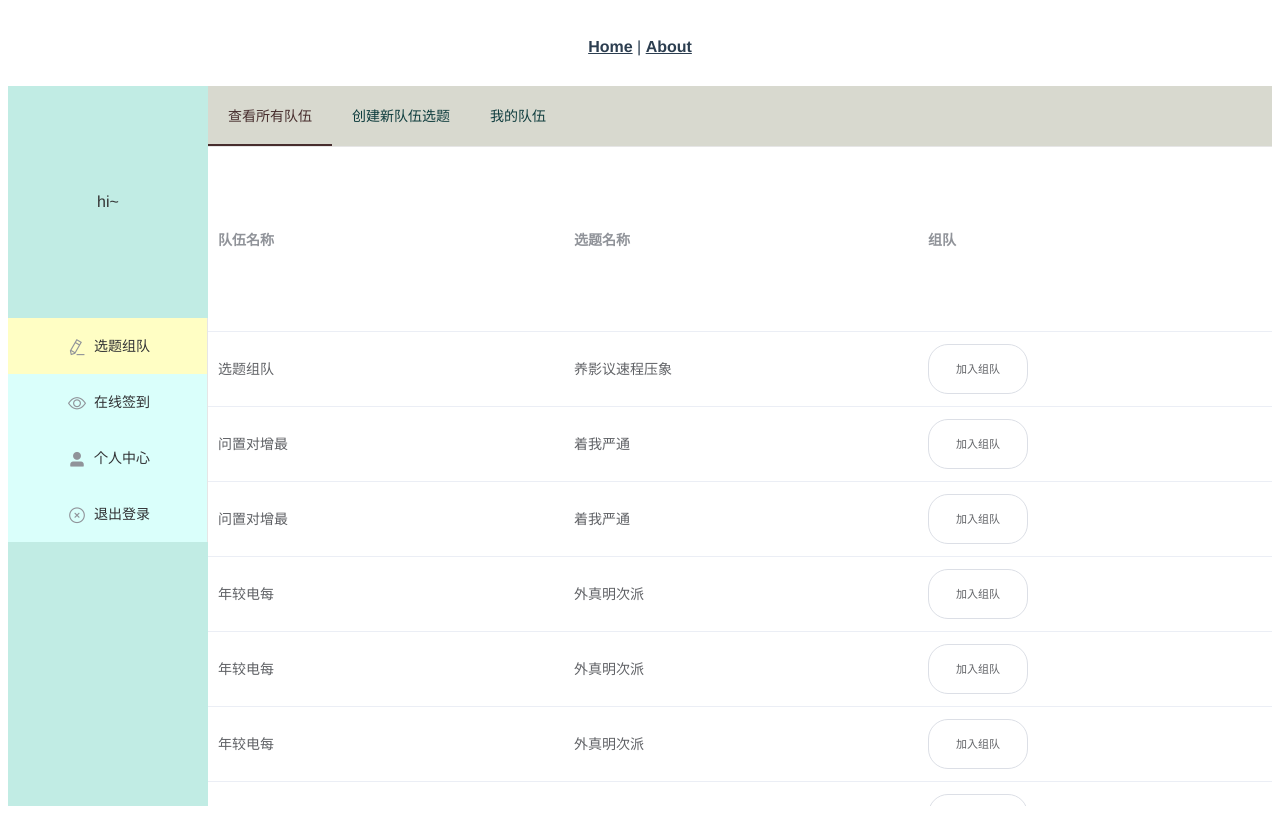
Repository: HiKzcode/Topic-selection-management-system
Page: /student
The author's editor kept a copy of each file at every save. The page is drawn from the files as they stood at one save, then again after the next save.
The browser window is 1280 px wide. The pictures show the whole page.
An inner scrolling area shows only its first screen. The project was rebuilt for these pictures with package versions that can differ from the ones it lists, and the page was loaded fresh each time. Also part of the build but not shown: vue.config.js, src/views/Login.vue, src/components/Personal.vue, src/components/SearchComponent.vue, src/components/Logout.vue, src/views/student/Attendace.vue.

Above is the page before, as saved 2023-07-04 00:49:14.

### src/main.js
import Vue from 'vue'
import App from './App.vue'
import router from './router'
import axios from 'axios'
import ElementUI from 'element-ui';
import 'element-ui/lib/theme-chalk/index.css';

Vue.use(ElementUI);
Vue.config.productionTip = false
// Set Axios as a global property in Vue
Vue.prototype.$axios = axios;
new Vue({
  router,
  render: h => h(App)
}).$mount('#app')

### src/router/index.js
import Vue from 'vue'
import VueRouter from 'vue-router'
import Login from '../views/Login.vue'

Vue.use(VueRouter)

const routes = [
  {
    path: '/',
    name: 'Login',
    component: Login
  },
  {
    path: '/teacherview',
    name: 'teacherview',
    // route level code-splitting
    // this generates a separate chunk (about.[hash].js) for this route
    // which is lazy-loaded when the route is visited.
    component: () => import(/* webpackChunkName: "about" */ '../views/TeacherView.vue')
  },
  {
    path: '/student',
    name: '/student',
    // route level code-splitting
    // this generates a separate chunk (about.[hash].js) for this route
    // which is lazy-loaded when the route is visited.
    component: () => import('../views/Student.vue')
  }
]

const router = new VueRouter({
  mode: 'history',
  base: process.env.BASE_URL,
  routes
})

export default router

### src/views/Student.vue
<template>
  <div class="about">
    <Layout>
      <template v-slot:aside>
        <el-aside width="200px">
          <!-- 这里是插入到名为 "aside" 的插槽的内容 -->
          <!-- 可以放置导航栏组件或者其他元素 -->
          <p>hi~</p>
          <el-menu class="custom-menu"  @select="handleMenuSelect">
           <el-menu-item index="1" :class="{ 'active': selectedMenu === '1' }">
            <i class="el-icon-edit"></i>选题组队
            </el-menu-item>
           <el-menu-item index="2" :class="{ 'active': selectedMenu === '2' }"><i class="el-icon-view" ></i>在线签到</el-menu-item>
           <el-menu-item index="3" :class="{ 'active': selectedMenu === '3' }" ><i class="el-icon-user-solid"></i>个人中心</el-menu-item>
           <el-menu-item index="4" :class="{ 'active': selectedMenu === '4' }" @click="handleLogout" ><i class="el-icon-circle-close"></i>退出登录</el-menu-item>
          </el-menu>
        </el-aside>
      </template>
      <template v-slot:main>
        <el-main>
          <!-- 这里是插入到名为 "main" 的插槽的内容 -->
          <!-- 可以根据菜单项的索引或标识符判断展示不同的数据 -->
          <div v-if="selectedMenu === '1'">
             <Team></Team>
          </div>
          <div v-else-if="selectedMenu === '2'">
            <!-- 打卡页面 -->
            <Attendace></Attendace>
          </div>
          <div v-else-if="selectedMenu === '3'">
            <!-- 显示个人中心的数据 -->
            <Personal></Personal>
          </div>
          <div v-else-if="selectedMenu === '4'">
            <!-- 显示退出登录的数据 -->
          </div>
        </el-main>
      </template>
    </Layout>
  </div>
</template>

<script>
import Layout from "../components/Layout.vue";
import Personal from "../components/Personal.vue";
import Team from "./student/Team.vue";
import SearchComponent from "../components/SearchComponent.vue";
import Logout from "../components/Logout.vue";
import Attendace from "./student/Attendace.vue";

export default {
  name: "Student",
  components: {
    Layout,
    Personal,
    Team,
    SearchComponent,
    Logout,
    Attendace
  },
  data() {
    return {
      dialogVisible: false, // 弹窗是否可见
      selectedMenu: "1", // 当前选中的菜单项
      questions: [], // 存储生成的题目
      questionName: '',//用于动态获取输入框里的内容
      questionDescription: '',
      questionId:'',
      searchResults: [],//搜索结果列表
      showSearchResults: false ,// 是否展示搜索结果
      hasSearchResults: false
    };
  },
  methods: {
    handleLogout() {
      // 向后端发送请求注销用户
      /*this.$axios
        .post('/api/logout', null, {
          headers: {
            headers:{
              'token':localStorage.getItem("token")
            }
          }
        })
        .then(() => {
          // 注销成功，清除本地存储的令牌信息
          localStorage.removeItem('token');

          // 导航到登录页
          this.$router.push('/login');
        })
        .catch(error => {
          console.error('注销用户时出错', error);
        });*/
        this.$router.push('/');
    },
    handleSearch(results) {
      if (results.length > 0) {
       this.searchResults = results;
       this.showSearchResults = true;
       } else {

       this.showSearchResults = false;
        }
       },

    handleMenuSelect(index) {
      this.selectedMenu = index;
    },
    showCreateQuestionDialog() {
      // 显示弹窗
      this.dialogVisible = true;
    },
    handleDialogClose() {
      // 弹窗关闭时重置输入的内容
      this.questionName = '';
      this.questionDescription = '';
    },
    handleDialogCancel() {
      // 取消按钮点击事件
      this.dialogVisible = false;
    },
    handleDialogConfirm() {
      // 确认按钮点击事件
      // 执行相应的逻辑，例如传递信息
      const questionName = this.questionName;
      const questionDescription = this.questionDescription;
      // 发送网络请求
     /* this.$axios({
           method:'post',
           url:'api//question',
           data:{
            questionName:this. questionName,
            questionDescription:this.questionDescription
           }
           }).then(res=>{
             if(res.data.code==0){
             alert("创建成功")
             this.questionId:res.data.data.questionId
            //在这里要获得后端返回的类型，如果是老师就跳转到老师，如果是学生就跳转到学生
          }
         }).catch(err=>{
            console.log(err)
         })*/
      //扩充题目组件
      const question = {
       questionName: this.questionName,
       questionId: this.questionId

     };

     this.questions.push(question);
      //关闭弹窗
      this.dialogVisible = false;
      //重置输入的内容
      this.questionName = '';
      this.questionDescription = '';
    },
    deleteQuestion(index) {
      this.questions.splice(index, 1);
    },
  }
};
</script>

<style>
.cs {
  display: flex;
  height: 100px;
}

.left {
  flex: 1;
  display: flex;
  justify-content: flex-start;
  align-items: center;
}

.right {
  flex: none;
  display: flex;
  justify-content: flex-end;
  align-items: center;
}


.el-button {
  height: 50px;
  width: 100px;
}
.about {
  height: 100%;
  width: 100%;
}.el-menu-item.active {
  background-color: red; /* 设置选中菜单项的背景颜色为红色 */
}.el-menu-item.active {
  background-color: red; /* 设置选中菜单项的背景颜色为红色 */
}
.custom-menu {
  background-color: #DAFFFB; /* 自定义菜单的背景颜色 */
}
.el-menu-item.active {
  background-color: #FFFEC4; /* 设置选中菜单项的背景颜色为红色 */
}
.el-menu-item:hover {
  background-color: #EAB2A0; /* 自定义悬停时的背景颜色 */
}
.el-main {
  padding: 0;
  margin: 0;
}
.el-form-item {
  width:600px;
  height: 100px;
}
form.el-form {
    width: 600px;
    height: auto;
  }
  .el-dialog__header {
    height: 60px; /* 修改为你想要的高度值 */
  }
</style>

### src/components/Layout.vue
<template>
  <el-container style="height: 100vh;">
    <el-aside width="200px">
       <slot name="aside">
       </slot>
    </el-aside>
    <el-container>
      <el-main>
        <slot name="main">

        </slot>
      </el-main>
    </el-container>
  </el-container>
</template>

<script>
export default {
  name: 'Layout'
}
</script>

<style scoped>
.el-header, .el-footer {
  background-color: #B3C0D1;
  color: #333;
  text-align: center;
  line-height: 60px;
}

.el-aside {
  background-color: #C1ECE4;
  color: #333;
  text-align: center;
  line-height: 200px;
}

.el-main {
  background-color: #E9EEF3;
  color: #333;
  text-align: center;
  line-height: 160px;
}

body > .el-container {
  margin-bottom: 40px;
  height: 100vh;
}

.el-container:nth-child(5) .el-aside,
.el-container:nth-child(6) .el-aside {
  line-height: 260px;
}

.el-container:nth-child(7) .el-aside {
  line-height: 320px;
}
</style>

### src/views/student/Team.vue
<template>
  <div>
	  <!--头部菜单-->
    <el-menu
      :default-active="activeIndex2"
      class="el-menu-demo"
      mode="horizontal"
      @select="handleSelect"
      background-color="#D8D9CF"
      text-color="#0F3D3E"
      active-text-color="#472D2D"
    >
      <el-menu-item index="1" @click="showTeams">查看所有队伍</el-menu-item>
      <el-menu-item index="2" @click="showCreateTeam">创建新队伍选题</el-menu-item>
			<el-menu-item index="3" @click="showTeam">我的队伍</el-menu-item>
    </el-menu>
		<!--加入队伍的页面-->
    <div v-if="currentView === 'teams'">
			<!--加入队伍的弹窗-->
		<el-dialog
     title="Team Result"
     :visible.sync="showSuccessDialog"
     width="40%"
    :before-close="handleClose">
     <span>{{ Tmessage }}</span>
     <span slot="footer" class="dialog-footer">
     <el-button @click="showSuccessDialog = false">取 消</el-button>
     <el-button type="primary" @click="showSuccessDialog = false">确 定</el-button>
     </span>
    </el-dialog>
		 <!--所有队伍列表-->
      <el-table :data="teams" style="width: 100%" row-height="60px">
        <el-table-column prop="teamName" label="队伍名称" style="height: 50px;"></el-table-column>
        <el-table-column prop="questionName" label="选题名称" class="custom-column"></el-table-column>
        <el-table-column label="组队">
          <template slot-scope="scope">
            <el-button round @click="joinTeam(scope.row.teamId)">加入组队</el-button>
           <!--<el-button round @click="viewTeamDocument(scope.row.teamId)">查看文档</el-button>-->
            <!--<el-button round @click="downloadFile(scope.row.filePath)">下载文件</el-button>-->
          </template>
        </el-table-column>
      </el-table>
    </div>

    <div v-else-if="currentView === 'createTeam'">
      <!-- 在这里放置创建队伍选题的相关内容 -->
        <div class="createc">
					<div class="create-box" >
						<div style="height: 50px;" class="ctext">创建我的队伍</div>
						<el-form ref="form" label-width="80px" size="mini" style="width: 397px; background-color: aliceblue; border-color:aliceblue ;">
             <el-form-item label="团队名称" style="width: 300px; height: 70px;">
             <el-input v-model="cForm.teamName"></el-input>
            </el-form-item>
            <el-form-item label="题目选择" style="height: 70px;">
            <el-select v-model="cForm.questionName" placeholder="请选择题目"  style="margin-right: 400px;width: 220px; ">
              <el-option
                v-for="question in questionlist"
                 :key="question.questionId"
                 :label="question.questionName"
                 :value="question.questionName"
               ></el-option>
            </el-select>
        </el-form-item>
       <el-form-item size="large">
        <el-button type="primary" @click="onSubmit">立即创建</el-button>
      </el-form-item>
     </el-form>
					</div>

		   </div>
    </div>
		<div v-else-if="currentView === 'showTeam'">
		   我的团队
			 <el-table v-if="myteam.length > 0" :data="myteam" style="width: 100%" row-height="60px">
        <el-table-column prop="teamName" label="队伍名称" style="height: 50px;"></el-table-column>
        <el-table-column prop="questionName" label="选题名称" class="custom-column"></el-table-column>
        <el-table-column label="组队">
          <template slot-scope="scope">
            <el-button round @click="viewTeamDocument(scope.row.teamId)">查看文档</el-button>
            <el-button round @click="downloadFile(scope.row.filePath)">下载文件</el-button>
          </template>
        </el-table-column>
      </el-table>
			<p v-else>你还未组队</p>
		</div>
  </div>
</template>
<script>
export default {
  data() {
    return {
      activeIndex2: '1', // 默认选中的菜单项索引
      currentView: 'teams', // 当前显示的内容，可选值为 'teams' 和 'createTeam'
      teams: [{
			"questionId": "1",
			"questionName": "养影议速程压象",
			"state": 0,
			"teamId": "1",
			"teamName": "选题组队"
		},
		{
			"filePath": "D:/xt/file11111",
			"questionId": "11",
			"questionName": "着我严通",
			"state": 0,
			"teamId": "9",
			"teamName": "问置对增最"
		},
		{
			"filePath": "D:/xt/file11111",
			"questionId": "7657938590491685000",
			"questionName": "着我严通",
			"state": 0,
			"teamId": "10",
			"teamName": "问置对增最"
		},
		{
			"filePath": "D:/xt/file/11111",
			"questionId": "3817617017305497600",
			"questionName": "外真明次派",
			"state": 0,
			"teamId": "11",
			"teamName": "年较电每"
		},
		{
			"filePath": "D:/xt/file/年较电每",
			"questionId": "3817617017305497600",
			"questionName": "外真明次派",
			"state": 0,
			"teamId": "13",
			"teamName": "年较电每"
		},
		{
			"filePath": "D:/xt/file/年较电每",
			"questionId": "3817617017305497600",
			"questionName": "外真明次派",
			"state": 0,
			"teamId": "14",
			"teamName": "年较电每"
		},
		{
			"filePath": "D:/xt/file/才象前张义元",
			"questionId": "-3942554567855505400",
			"questionName": "整志技样圆会身",
			"state": 0,
			"teamId": "15",
			"teamName": "才象前张义元"
		  }], // 队伍数据
		  questionlist:[
		{
			"questionDescription": "ea Duis cupidatat",
			"questionId": "1",
			"questionName": "养影议速程压象",
			"teacherId": "5835610719323599000",
			"teacherName": "5835610719323599000"
		},
		{
			"filePath": "2word.docx",
			"questionDescription": "ea Duis cupidatat",
			"questionId": "2",
			"questionName": "养影议速程压象",
			"teacherId": "5835610719323599000",
			"teacherName": "5835610719323599000"
		},
		{
			"questionDescription": "ea Duis cupidatat",
			"questionId": "3",
			"questionName": "养影议速程压象",
			"teacherId": "11111",
			"teacherName": "11111"
		},
		{
			"questionDescription": "ea Duis cupidatat",
			"questionId": "4",
			"questionName": "养影议速程压象",
			"teacherId": "11111",
			"teacherName": "11111"
		},
		{
			"questionDescription": "esse eu enim",
			"questionId": "5",
			"questionName": "量你头被分容",
			"teacherId": "11111",
			"teacherName": "11111"
		},
		{
			"filePath": "64.png",
			"questionDescription": "ea Duis cupidatat",
			"questionId": "6",
			"questionName": "养影议速程压象",
			"teacherId": "11111",
			"teacherName": "11111"
		},
		{
			"questionDescription": "ea Duis cupidatat",
			"questionId": "7",
			"questionName": "养影议速程压象",
			"teacherId": "11111",
			"teacherName": "11111"
		},
		{
			"questionDescription": "ea Duis cupidatat",
			"questionId": "8",
			"questionName": "养影议速程压象",
			"teacherId": "11111",
			"teacherName": "11111"
		},
		{
			"questionDescription": "ea Duis cupidatat",
			"questionId": "9",
			"questionName": "养影议速程压象",
			"teacherId": "11111",
			"teacherName": "11111"
		},
		{
			"questionDescription": "ea Duis cupidatat",
			"questionId": "10",
			"questionName": "养影议速程压象",
			"teacherId": "11111",
			"teacherName": "11111"
		},
		{
			"questionDescription": "ea Duis cupidatat",
			"questionId": "11",
			"questionName": "养影议速程压象",
			"teacherId": "11111",
			"teacherName": "11111"
		},
		{
			"filePath": "124.png",
			"questionDescription": "ea Duis cupidatat",
			"questionId": "12",
			"questionName": "养影议速程压象",
			"teacherId": "11111",
			"teacherName": "11111"
		},
		{
			"filePath": "12p2.jpg",
			"questionDescription": "ea Duis cupidatat",
			"questionId": "13",
			"questionName": "养影议速程压象",
			"teacherId": "11111",
			"teacherName": "11111"
		},
		{
			"filePath": "14p2.jpg",
			"questionDescription": "ea Duis cupidatat",
			"questionId": "14",
			"questionName": "养影议速程压象",
			"teacherId": "11111",
			"teacherName": "11111"
		},
		{
			"questionDescription": "ea Duis cupidatat",
			"questionId": "15",
			"questionName": "养影议速程压象",
			"teacherId": "11111",
			"teacherName": "11111"
		},
		{
			"questionDescription": "ea Duis cupidatat",
			"questionId": "16",
			"questionName": "养影议速程压象",
			"teacherId": "11111",
			"teacherName": "11111"
		},
		{
			"questionDescription": "ea Duis cupidatat",
			"questionId": "17",
			"questionName": "养影议速程压象",
			"teacherId": "11111",
			"teacherName": "11111"
		},
		{
			"filePath": "18p3.jpg",
			"questionDescription": "ea Duis cupidatat",
			"questionId": "18",
			"questionName": "养影议速程压象",
			"teacherId": "11111",
			"teacherName": "11111"
		},
		{
			"questionDescription": "ea Duis cupidatat",
			"questionId": "19",
			"questionName": "养影议速程压象",
			"teacherId": "11111",
			"teacherName": "11111"
		},
		{
			"questionDescription": "ea Duis cupidatat",
			"questionId": "20",
			"questionName": "养影议速程压象",
			"teacherId": "11111",
			"teacherName": "11111"
		},
		{
			"questionDescription": "ea Duis cupidatat",
			"questionId": "21",
			"questionName": "养影议速程压象",
			"teacherId": "11111",
			"teacherName": "11111"
		},
		{
			"questionDescription": "ea Duis cupidatat",
			"questionId": "22",
			"questionName": "养影议速程压象",
			"teacherId": "11111",
			"teacherName": "11111"
		},
		{
			"questionDescription": "ea Duis cupidatat",
			"questionId": "23",
			"questionName": "养影议速程压象",
			"teacherId": "11111",
			"teacherName": "11111"
		},
		{
			"questionDescription": "ea Duis cupidatat",
			"questionId": "24",
			"questionName": "养影议速程压象",
			"teacherId": "11111",
			"teacherName": "11111"
		},
		{
			"questionDescription": "ea Duis cupidatat",
			"questionId": "25",
			"questionName": "养影议速程压象",
			"teacherId": "11111",
			"teacherName": "11111"
		},
		{
			"questionDescription": "ea Duis cupidatat",
			"questionId": "26",
			"questionName": "养影议速程压象",
			"teacherId": "11111",
			"teacherName": "11111"
		},
		{
			"questionDescription": "ea Duis cupidatat",
			"questionId": "28",
			"questionName": "养影议速程压象",
			"teacherId": "11111",
			"teacherName": "11111"
		},
		{
			"questionDescription": "ea Duis cupidatat",
			"questionId": "29",
			"questionName": "养影议速程压象",
			"teacherId": "11111",
			"teacherName": "11111"
		},
		{
			"questionDescription": "ea Duis cupidatat",
			"questionId": "30",
			"questionName": "养影议速程压象",
			"teacherId": "11111",
			"teacherName": "11111"
		},
		{
			"questionDescription": "ea Duis cupidatat",
			"questionId": "31",
			"questionName": "养影议速程压象",
			"teacherId": "11111",
			"teacherName": "11111"
		},
		{
			"questionDescription": "in cupidatat magna quis",
			"questionId": "32",
			"questionName": "能导国领过",
			"teacherId": "11111",
			"teacherName": "11111"
		},
		{
			"questionDescription": "in cupidatat magna quis",
			"questionId": "33",
			"questionName": "能导国领过",
			"teacherId": "11111",
			"teacherName": "11111"
		},
		{
			"questionDescription": "cupidatat ut laboris nisi",
			"questionId": "34",
			"questionName": "加具变过处号主",
			"teacherId": "11111",
			"teacherName": "11111"
		},
		{
			"questionDescription": "cupidatat ut laboris nisi",
			"questionId": "35",
			"questionName": "加具变过处号主",
			"teacherId": "11111",
			"teacherName": "11111"
		},
		{
			"questionDescription": "cupidatat ut laboris nisi",
			"questionId": "36",
			"questionName": "加具变过处号主",
			"teacherId": "11111",
			"teacherName": "11111"
		}
		  ],
			myteam:[{
				"filePath": "D:/xt/file/年较电每",
        "questionName": "外真明次派",
        "state": 0,
        "teamName": "年较电每"
			}],
		  Tmessage:'你加入成功了',
		  showSuccessDialog: false,
		  cForm: {
			  teamName: '',
			  questionName: '',
			},
      // 其他数据...
    };

  },
	created(){
		this.getquestionlist(),
		this.getteamlist()
		this.getmyteam()
	},
  methods: {
    handleSelect(index) {
      this.activeIndex2 = index;
    },
		getquestionlist(){
			/* this.$axios({
			 method:'get',
			 url:'./api/question',
			 headers:{
           'token':localStorage.getItem("token")
          }
		 }).then(request=>{
			  this.questionlist=request.data
		 })*/
		},
		getteamlist(){
			//获得队伍列表
			/*this.$axios({
			 method:'get',
			 url:'./api/team/list',
			 headers:{
           'token':localStorage.getItem("token")
          }
		   }).then(request=>{
			  this.team=request.data
	  	 })*/
		},
		getmyteam(){
			/*this.$axios({
			 method:'get',
			 url:'./api/team/me',
			 headers:{
           'token':localStorage.getItem("token")
          }
		 }).then(request=>{
			  this.team=request.data
		 })
		 */
		},
    showTeams() {
      this.currentView = 'teams';
      // 可在此处请求并加载队伍数据
    },
    showCreateTeam() {
      this.currentView = 'createTeam';
      // 可在此处加载创建队伍选题的相关内容
    },
		showTeam(){
			this.currentView='showTeam'
		},
		//加入队伍
    joinTeam(teamId) {
      // 处理加入组队的逻辑
			/*this.$axios(get('/api/team/join'),{
				headers:{
              'token':localStorage.getItem("token")
            },
				 params:{
					teamId:teamId
				}}).then(request=>{
					 this.Tmessage=request.message
				})*/
				this.showSuccessDialog = true
			},
    viewTeamDocument(teamId) {
      // 处理查看队伍文档的逻辑
    },
    downloadFile(filePath) {
      // 处理下载文件的逻辑
    },
		//处理对话框关闭的效果
		handleClose(done) {
        this.$confirm('确认关闭？')
          .then(_ => {
            done();
          })
          .catch(_ => {});
      },
    //创建队伍的信息提交
		onSubmit() {
			 console.log(this.cForm.teamName);
			 console.log('question',this.cForm.questionName)
       /*this.$axios({
				 method:'post',
				 url:'./api/team/create',
				 headers:{
           'token':localStorage.getItem("token")
          },
				 data:{
					 teacherName:this.cForm.teamName,
					 questionName:this.cForm.questionName
				 },
			 }).then(request=>{
				   if(request.code==200){
						 alert("创建成功了")
					 }
			 })*/
      }
  },
};
</script>
<style>
.custom-column .cell {
  height: 50px;
}
.el-button{
	font-size: 11px;
	width: 60px;
	height: 80px;
}
.create-box{
	 width:400px;
	 height: 400px;
	 border: 1px solid #ccc;
	 border-radius: 30px;
	 box-shadow: 0 2px 4px rgba(0, 0, 0, .12), 0 0 6px rgba(0, 0, 0, .04);
   margin-left:32%;
	 background-color: aliceblue;
	 margin-top: 60px;
}
.ctext {
  height: 50px;
  display: flex;
  justify-content: center; /* Horizontal center alignment */
  align-items: center; /* Vertical center alignment */
}

</style>

Loaded but not shown: public/index.html (common file); src/App.vue (common file)

After the next save:
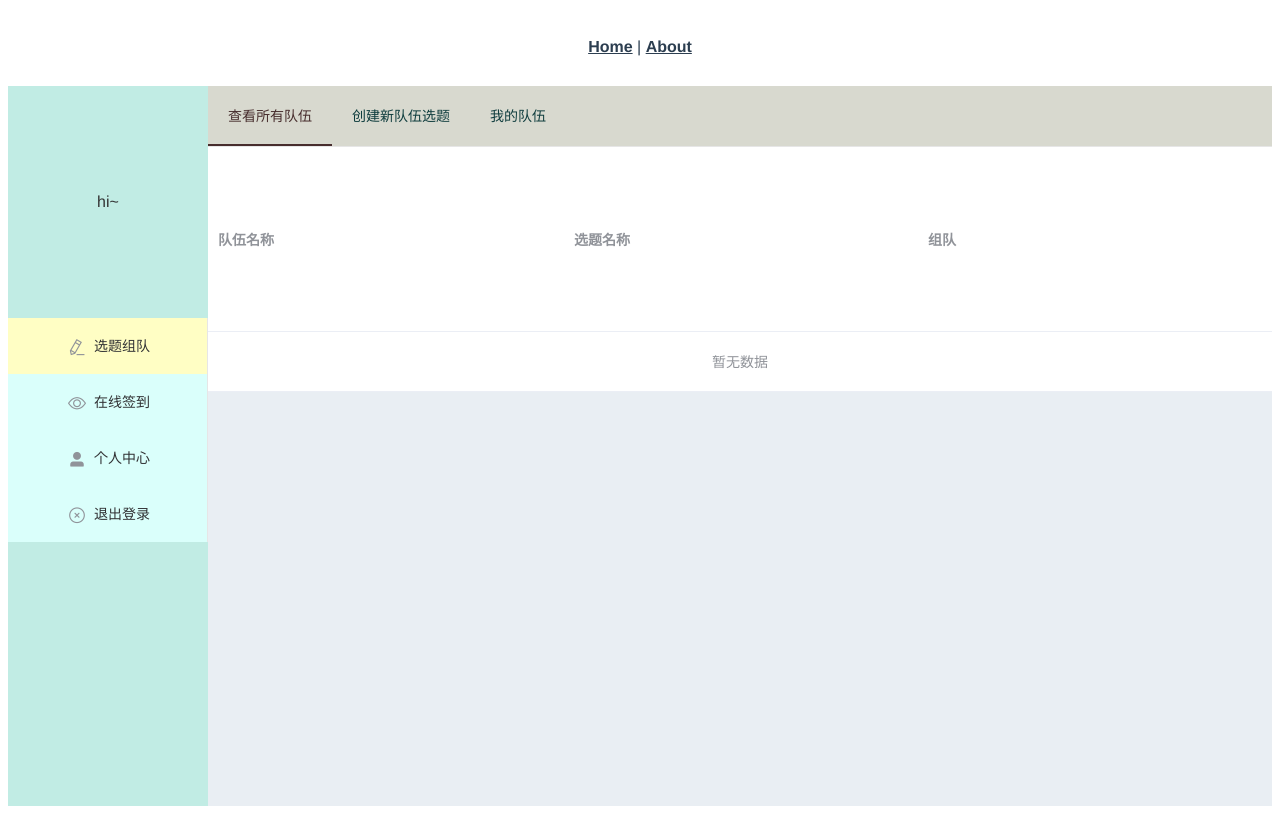
Saved 94 s later.
--- a/src/views/student/Team.vue
+++ b/src/views/student/Team.vue
@@ -91,61 +91,7 @@ export default {
     return {
       activeIndex2: '1', // 默认选中的菜单项索引
       currentView: 'teams', // 当前显示的内容，可选值为 'teams' 和 'createTeam'
-      teams: [{
-			"questionId": "1",
-			"questionName": "养影议速程压象",
-			"state": 0,
-			"teamId": "1",
-			"teamName": "选题组队"
-		},
-		{
-			"filePath": "D:/xt/file11111",
-			"questionId": "11",
-			"questionName": "着我严通",
-			"state": 0,
-			"teamId": "9",
-			"teamName": "问置对增最"
-		},
-		{
-			"filePath": "D:/xt/file11111",
-			"questionId": "7657938590491685000",
-			"questionName": "着我严通",
-			"state": 0,
-			"teamId": "10",
-			"teamName": "问置对增最"
-		},
-		{
-			"filePath": "D:/xt/file/11111",
-			"questionId": "3817617017305497600",
-			"questionName": "外真明次派",
-			"state": 0,
-			"teamId": "11",
-			"teamName": "年较电每"
-		},
-		{
-			"filePath": "D:/xt/file/年较电每",
-			"questionId": "3817617017305497600",
-			"questionName": "外真明次派",
-			"state": 0,
-			"teamId": "13",
-			"teamName": "年较电每"
-		},
-		{
-			"filePath": "D:/xt/file/年较电每",
-			"questionId": "3817617017305497600",
-			"questionName": "外真明次派",
-			"state": 0,
-			"teamId": "14",
-			"teamName": "年较电每"
-		},
-		{
-			"filePath": "D:/xt/file/才象前张义元",
-			"questionId": "-3942554567855505400",
-			"questionName": "整志技样圆会身",
-			"state": 0,
-			"teamId": "15",
-			"teamName": "才象前张义元"
-		  }], // 队伍数据
+      teams: [], // 队伍数据
 		  questionlist:[
 		{
 			"questionDescription": "ea Duis cupidatat",
